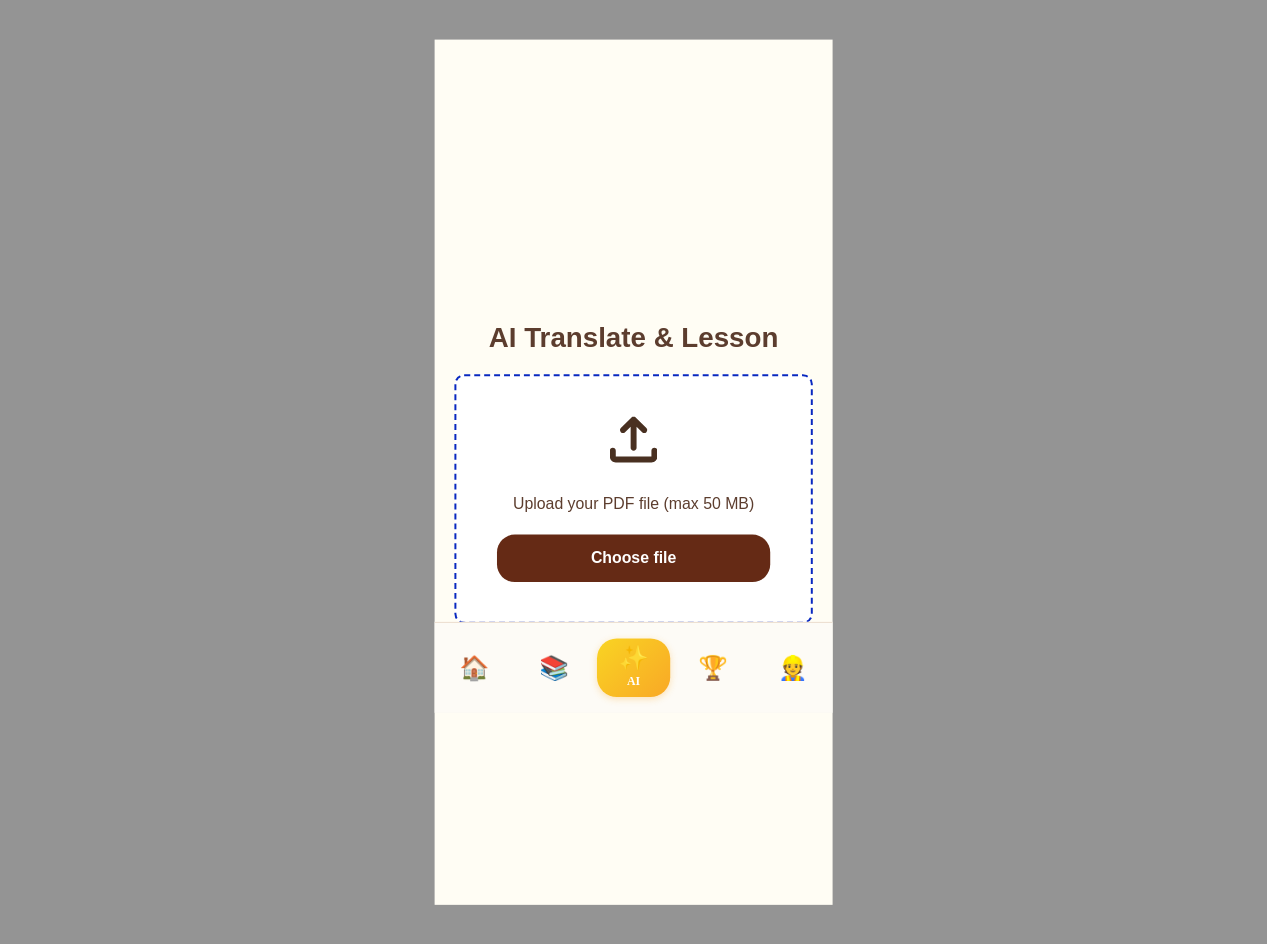
Repository: richelletiongson/Jargon_FrontendShowcase
Page: / (app in jargon_frontend/)
An editor plug-in stored every save of this project. The page is shown before and after the next save, followed by the edit.
The browser window is 1280 px wide. The pictures show the whole page, at 99% of full size.
The project was rebuilt for these pictures with package versions that can differ from the ones it lists, and the page was loaded fresh each time. Also part of the build but not shown: jargon_frontend/vite.config.js, jargon_frontend/src/index.css, jargon_frontend/src/home_pages/Home.jsx, jargon_frontend/src/course_pages/Course.jsx, jargon_frontend/src/charts_pages/Charts.jsx, jargon_frontend/src/profile_pages/Profile.jsx.

Above is the page before, as saved 2025-10-22 15:17:40.

After the next save:
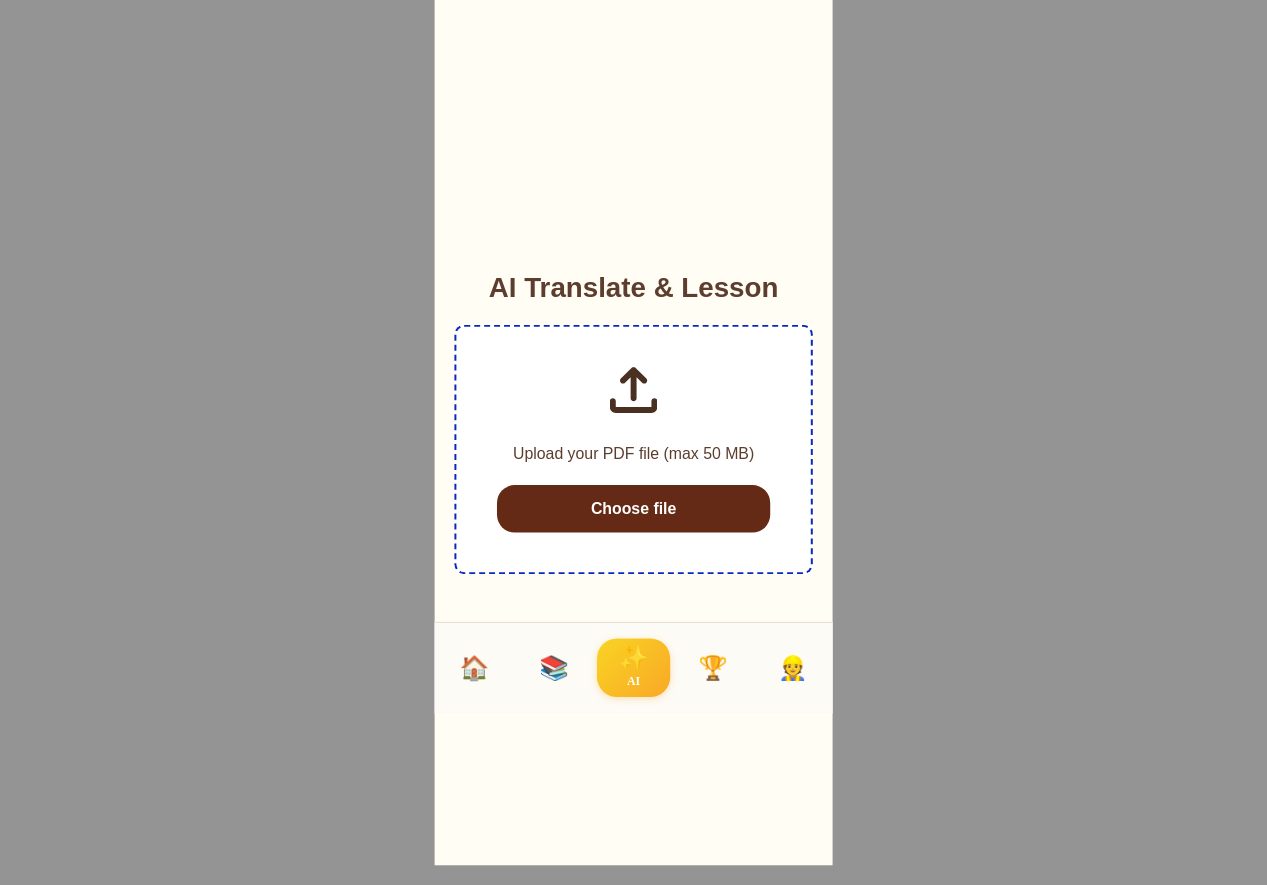
Saved 55 s later.
--- a/jargon_frontend/src/ai_pages/AI.css
+++ b/jargon_frontend/src/ai_pages/AI.css
@@ -13,7 +13,8 @@
 /* Main Content */
 .main-content {
   flex: 1;
-  padding: 0 20px 20px 20px;
+  padding: 0 20px 20px 20px !important;
+  padding-top: 0 !important;
   display: flex;
   flex-direction: column;
   align-items: center;
